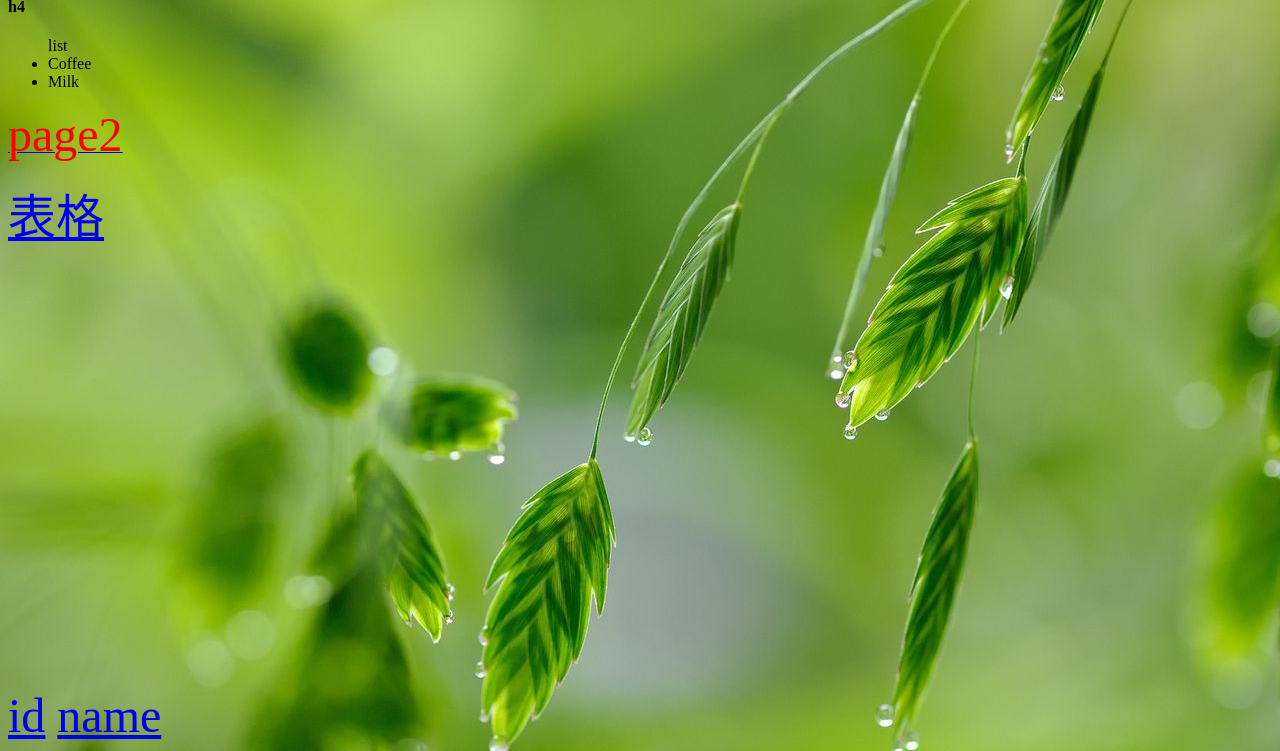
Repository: libelosophy/anjoyo
Page: workspace/QTalk/WebContent/html/html.html
The author's editor kept a copy of each file at every save. The page is drawn from the files as they stood at one save, then again after the next save.
The browser window is 1280 px wide. The pictures show the part of the page from y = 981 to 1732 px (the page is 1732 px tall before and 1717 px after).
A picture or video elsewhere on the page could not be fetched, so the positions and the page height are approximate.

Above is the page before, as saved 2013-09-09 11:02:14.

### workspace/QTalk/WebContent/html/html.html
<html >
	<head>
		<title>html webpages</title>
	</head>

	<body bgcolor="#F5F5DC" background="background.jpg">
			<a id="top1"></a>
			<a name="top2"></a>
			<h1>���� <u>1</u>
			</h1>
			<p>����</p>
			<center>
				<p>
					<font size="5" color="CornflowerBlue">
					�������center
					</font>
					<sub>�±�</sub>
				</p>
				<p>
					<a href="http://www.w3school.com.cn/html/html_colornames.asp">
					��ɫ�ٲ飺http://www.w3school.com.cn/html/html_colornames.asp
					</a>
				</p>
			</center>

			<h2>��������</h2>
			<p>
				<font size="6" >
					<b>����</b> </br>
					<u>�»���</u> </br>
					<i>б��</i> </br>
				</font>
			</p>

			<h3>�����</h3>
			<p> ����ͼƬ</br>
				<img src="baidu_logo.jpg">
					</br>baidu logo
					</br></br>
				</img>
				����ͼƬ</br>
				<a href="http://image.baidu.com/i?tn=download&word=download&ie=utf8&fr=detail&url=http%3A%2F%2Fimgcdn.zcool.com.cn%2Fimg2%2Fcover%2F30%2F14%2Fb_1318336539183.jpg" >
					<img
					src="http://image.baidu.com/i?tn=download&word=download&ie=utf8&fr=detail&url=http%3A%2F%2Fimgcdn.zcool.com.cn%2Fimg2%2Fcover%2F30%2F14%2Fb_1318336539183.jpg">
					</img>
				</a>
			</p>

			<h4>h4</h4>
			<p>
				<ul> list
				<li>Coffee</li>
				<li>Milk</li>
				</ul>
			</p>
			<p>
				<a href="page2.html">
					<font size="8" color="red">page2<font>
				</a>
			</p>
	<body>

	<a href="table.html">表格 </a>

	</br></br></br></br></br></br></br></br></br>

	<a href="#top1">  id</a>
	<a href="#top2"> name</a>


</html>

After the next save:
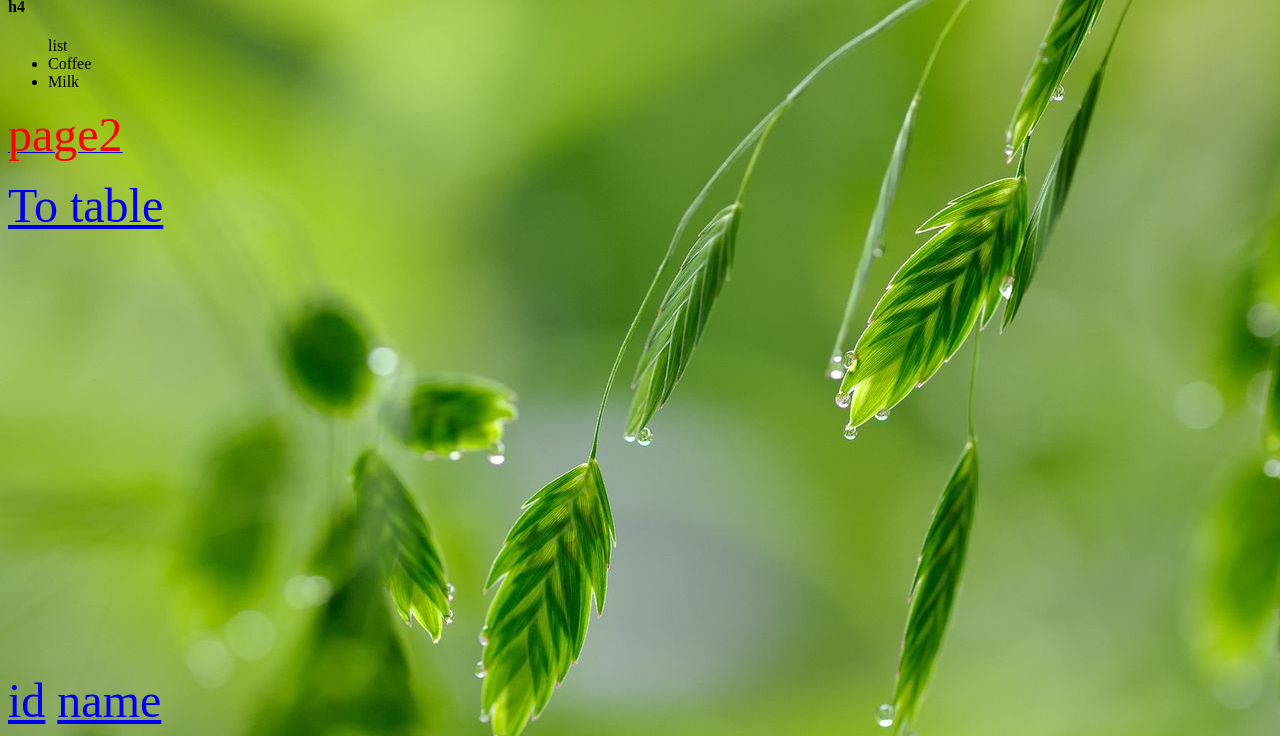
Saved 70 s later.
--- a/workspace/QTalk/WebContent/html/html.html
+++ b/workspace/QTalk/WebContent/html/html.html
@@ -60,7 +60,7 @@
 			</p>
 	<body>
 
-	<a href="table.html">表格 </a>
+	<a href="table.html">To table </a>
 
 	</br></br></br></br></br></br></br></br></br>
 
